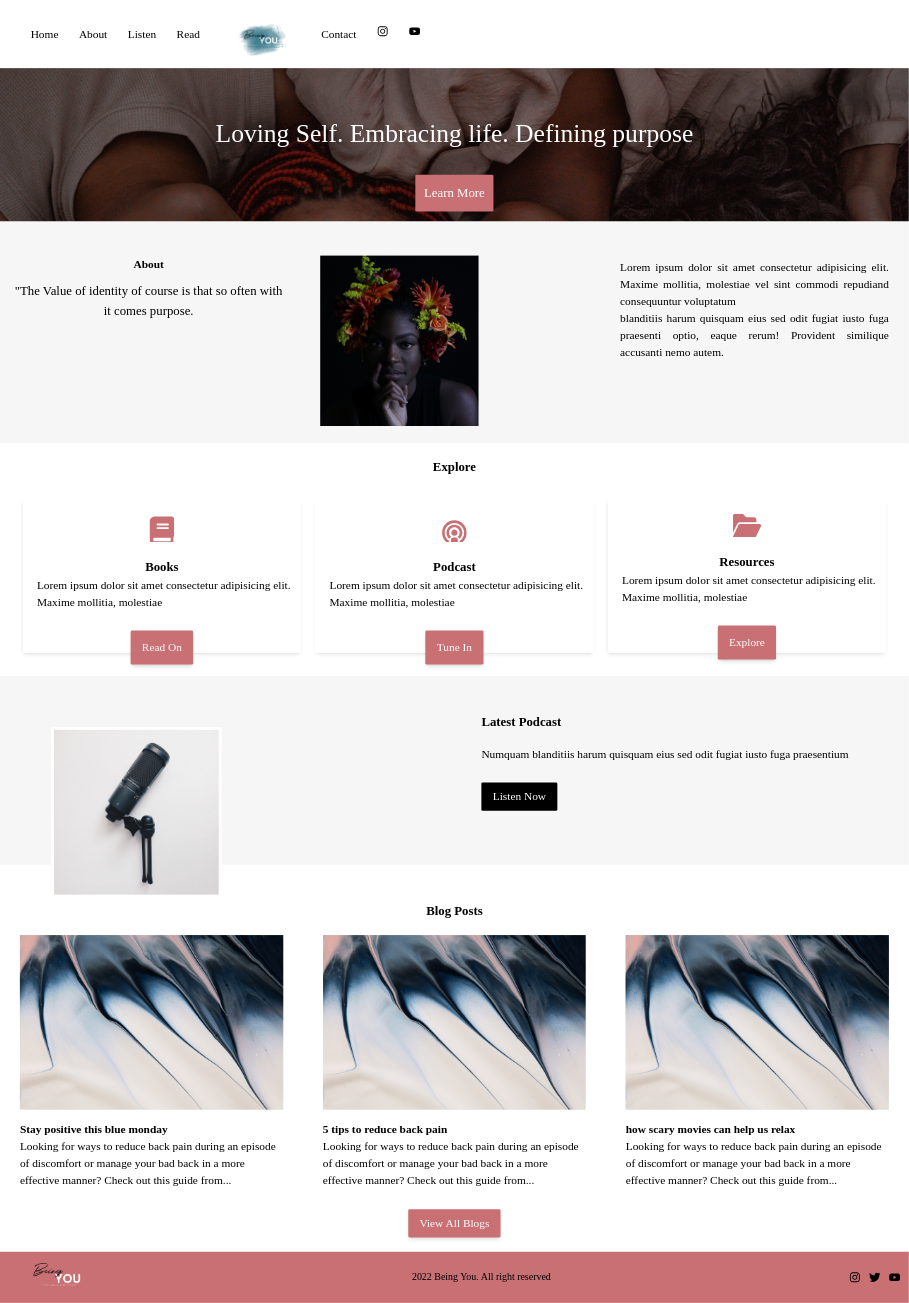
Repository: BrightonMboya/being-you
Page: /
The author's editor kept a copy of each file at every save. The page is drawn from the files as they stood at one save, then again after the next save.
The browser window is 1280 px wide. The pictures show the whole page, at 71% of full size.
The project was rebuilt for these pictures with package versions that can differ from the ones it lists, and the page was loaded fresh each time.

Above is the page before, as saved 2022-05-29 11:45:54.

### src/index.css
@tailwind base;
@tailwind components;
@tailwind utilities;

@layer base {
    html {
        font-family: Cormorant Garamond;
    }
}

### src/App.js
import React from "react";
import NavBar from './Components/Navbar/NavBar';
import HeroSection from "./Components/Hero-Section/HeroSection";
import About from "./Components/About/About"
import Explore from "./Components/Podcast/Explore";
import Podcast from "./Components/Podcast/Podcast";
import Blogs from "./Components/Blog/Blogs";
import Footer from "./Components/Footer/Footer";

function App() {
  return (
    <React.Fragment>
     <NavBar/>
     <HeroSection/>
     <About/>
     <Explore/>
     <Podcast/>
     <Blogs/>
     <Footer/>
    </React.Fragment>
  );
}

export default App;

### src/Components/Navbar/NavBar.jsx
import React, { useState } from 'react'
import { Link } from 'react-scroll'
import logo from '../../assets/logo.png'
import { FaBars, FaTimes, FaInstagram, FaYoutube } from 'react-icons/fa'

const NavBar = () => {
  const [nav, setNav] = useState(false)
  const handleClick = () => setNav(!nav)
  return (
    <React.Fragment>
      <div className="flex items-center justify-between shadow-md">
        <div className="md:hidden">
          <img src={logo} alt="" className="object-cover w-28 h-28" />
        </div>

        {/* menu */}
        <ul className="hidden md:flex gap-[4vh] ml-[6vh] mt-4">
          <li className="mt-5">
            <Link to="home" smooth={true} duration={500}>
              Home
            </Link>
          </li>
          <li className="mt-5">
            <Link to="about" smooth={true} duration={500}>
              About
            </Link>
          </li>
          <li className="mt-5">
            <Link to="listen" smooth={true} duration={500}>
              Listen
            </Link>
          </li>
          <li className="mt-5">
            <Link to="read" smooth={true} duration={500}>
              Read
            </Link>
          </li>
          <li>
            <img src={logo} alt="" className="object-cover w-30 h-20" />
          </li>
          <li className="mt-5">
            <Link to="contact" smooth={true} duration={500}>
              Contact
            </Link>
          </li>
          <li className="mt-5">
            <FaInstagram className="w-full" />
          </li>
          <li className="mt-5">
            <FaYoutube />
          </li>
        </ul>

        {/* Hamburger Menu */}
        <div className="md:hidden z-10" onClick={handleClick}>
          {!nav ? (
            <FaBars className="text-2xl w-full mr-8" />
          ) : (
            <FaTimes className="text-3xl  mr-3" />
          )}
        </div>

        {/* mobile menu */}
        <ul
          className={
            !nav
              ? 'hidden'
              : 'absolute top-0 left-0 w-full h-[60vh] flex flex-col justify-center items-center'
          }
        >
          <li className="text-2xl py-5">
            <Link onClick={handleClick} to="home" smooth={true} duration={500}>
              Home
            </Link>
          </li>
          <li className="text-2xl">
            <Link to="about" smooth={true} duration={500}>
              About
            </Link>
          </li>
          <li className="text-2xl">
            <Link to="listen" smooth={true} duration={500}>
              Listen
            </Link>
          </li>
          <li className="text-2xl">
            <Link to="read" smooth={true} duration={500}>
              Read
            </Link>
          </li>

          <li className="text-2xl">
            <Link to="contact" smooth={true} duration={500}>
              Contact
            </Link>
          </li>
        </ul>
      </div>
    </React.Fragment>
  )
}

export default NavBar

### src/Components/Hero-Section/HeroSection.jsx
import React from 'react'
import hero from '../../assets/hero.png'

const HeroSection = () => {
  return (
    <div
      style={{
        backgroundImage: `url(${hero})`,
        objectPosition: 'cover',
      }}
      className="object-cover bg-cover bg-no-repeat h-[30vh] md:h-[30vh]"
    >
      <div className="flex flex-col items-center justify-center pt-[7vh]">
        <h3 className="text-center text-xl text-white font-medium py-[3vh] md:text-4xl">
          Loving Self. Embracing life. Defining purpose
        </h3>

        <button className="bg-[#C87073] text-white py-1.5 mt-4 px-2.5 rounded-sm font-normal text-base md:py-3 px-3 text-lg">
          Learn More
        </button>
      </div>
    </div>
  )
}

export default HeroSection

### src/Components/About/About.jsx
import React from "react";
import about from "../../assets/about.jpg";

const About = () => {
  return (
    <div className="flex flex-col justify-center items-center bg-[#F6F6F6]">
      <div className="py-6 md:grid grid-cols-3 gap-3">
        <div className="mt-6">
          <h3 className="text-center font-semibold">About</h3>
          <p className="text-center px-4 md:mt-3 text-lg">
            "The Value of identity of course is that so often with it comes
            purpose.
          </p>
        </div>
        <div>
          <img src={about} alt="" className="mt-6 px-[10vh] h-60 md:px-5" />
        </div>
        <p className="text-center px-3 text-sm mt-7 md:text-base text-justify mr-4">
          Lorem ipsum dolor sit amet consectetur adipisicing elit. Maxime
          mollitia, molestiae vel sint commodi repudiand consequuntur voluptatum
          <br />
          blanditiis harum quisquam eius sed odit fugiat iusto fuga praesenti
          optio, eaque rerum! Provident similique accusanti nemo autem.
        </p>
      </div>
    </div>
  );
};

export default About;

### src/Components/Podcast/Explore.jsx
import React from "react";
import ExploreCard from "./ExploreCard";
import book from "../../assets/book.svg";
import podcast from "../../assets/podcast.svg";
import resources from "../../assets/resources.svg";

const Explore = () => {
  return (
    <div className="mt-5">
      <h3 className="text-center font-semibold text-lg">Explore</h3>
      <div className="flex flex-col px-8 md:grid grid-cols-3 gap-5">
        <ExploreCard
          image={book}
          title="Books"
          description="Lorem ipsum dolor sit amet consectetur adipisicing elit. Maxime mollitia, molestiae "
          action="Read On"
        />
        <ExploreCard
          image={podcast}
          title="Podcast"
          description="Lorem ipsum dolor sit amet consectetur adipisicing elit. Maxime mollitia, molestiae "
          action="Tune In"
        />
        <ExploreCard
          image={resources}
          title="Resources"
          description="Lorem ipsum dolor sit amet consectetur adipisicing elit. Maxime mollitia, molestiae "
          action="Explore"
        />

      </div>
    </div>
  );
};

export default Explore;

### src/Components/Podcast/Podcast.jsx
import React from "react";
import mic from "../../assets/mic.jpg";

const Podcast = () => {
  return (
    <div className="bg-[#F6F6F6] mt-8 h-[37vh]">
      <div className="grid grid-cols-2 gap-5">
        <img
          src={mic}
          alt=""
          className="h-40 w-15 object-cover  mt-[10vh] border-4 border-white md:h-60 w-70 ml-[10vh]"
        />
        <div className="mt-[7vh] ml-7">
          <h3 className="font-semibold md:text-lg">Latest Podcast</h3>
          <p className="text-sm mr-5 mt-5 md:text-base">
            Numquam blanditiis harum quisquam eius sed odit fugiat iusto fuga
            praesentium
          </p>

          <button className="mt-7 bg-black text-white px-4 py-2 rounded-sm shadow-mdF">
            Listen Now
          </button>
        </div>
      </div>
    </div>
  );
};

export default Podcast;

### src/Components/Blog/Blogs.jsx
import React from "react";
import BlogCard from "./BlogCard";
import blog from "../../assets/blog.png";

const Blogs = () => {
  return (
    <div>
      <div className="mt-[7vh]">
        <h3 className="text-center font-semibold text-lg md:text-lg">Blog Posts</h3>
        <div className="md:grid grid-cols-3">
          <BlogCard
            image={blog}
            title="Stay positive this blue monday"
            description="Looking for ways to reduce back pain during an episode of
            discomfort or manage your bad back in a more effective manner? Check out this guide from..."
          />
          <BlogCard
            image={blog}
            title="5 tips to reduce back pain"
            description="Looking for ways to reduce back pain during an episode of
            discomfort or manage your bad back in a more effective manner? Check out this guide from..."
          />
          <BlogCard
            image={blog}
            title="how scary movies can help us relax"
            description="Looking for ways to reduce back pain during an episode of
            discomfort or manage your bad back in a more effective manner? Check out this guide from..."
          />
        </div>

        <div className="flex items-center justify-center mb-5">
          <button className="mt-7 bg-[#C87073] text-white px-4 py-2 rounded-sm shadow-md">
            View All Blogs
          </button>
        </div>
      </div>
    </div>
  );
};

export default Blogs;

### src/Components/Footer/Footer.jsx
import React from "react";
import logo2 from '../../assets/logo2.png'
import {FaInstagram, FaTwitter, FaYoutube} from 'react-icons/fa'

const Footer = () => {
    const year = new Date().getFullYear();
  return <div className="bg-[#C87073] flex justify-between items-center">
      <div>
          <img src={logo2} alt="" className="h-full w-40" />
      </div>

      <div>
        <h2 className="text-sm">{year} Being You. All right reserved</h2>
      </div>

      <div className="flex gap-3 mr-3">
          <FaInstagram/>
          <FaTwitter/>
          <FaYoutube/>
      </div>
  </div>;
};

export default Footer;

### src/Components/Podcast/ExploreCard.jsx
import React from "react";

const ExploreCard = (props) => {
  return (
    <div className="mt-8">
      <div className="flex flex-col items-center shadow-md h-[30vh]">
        <img src={props.image} alt="" className="md:w-10 h-10 mt-5" />
        <h3 className="mt-5 font-semibold text-lg">{props.title}</h3>
        <p className="ml-5">{props.description}</p>

        <button className="mt-7 bg-[#C87073] text-white px-4 py-3 rounded-sm shadow-md">{props.action}</button>
      </div>
    </div>
  );
};

export default ExploreCard;

### src/Components/Blog/BlogCard.jsx
import React from 'react'

const BlogCard = (props) => {
  return (
    <div>
        <div className='px-7'>
            <img src={props.image} alt="" className='mt-5 object-cover'/>
            <h3 className='mt-4 font-semibold text-base'>{props.title}</h3>
            <p className='md:text-base'>{props.description}</p>
        </div>
    </div>
  )
}

export default BlogCard

Loaded but not shown: public/index.html (common file); src/index.js (common file); tailwind.config.js (common file)

After the next save:
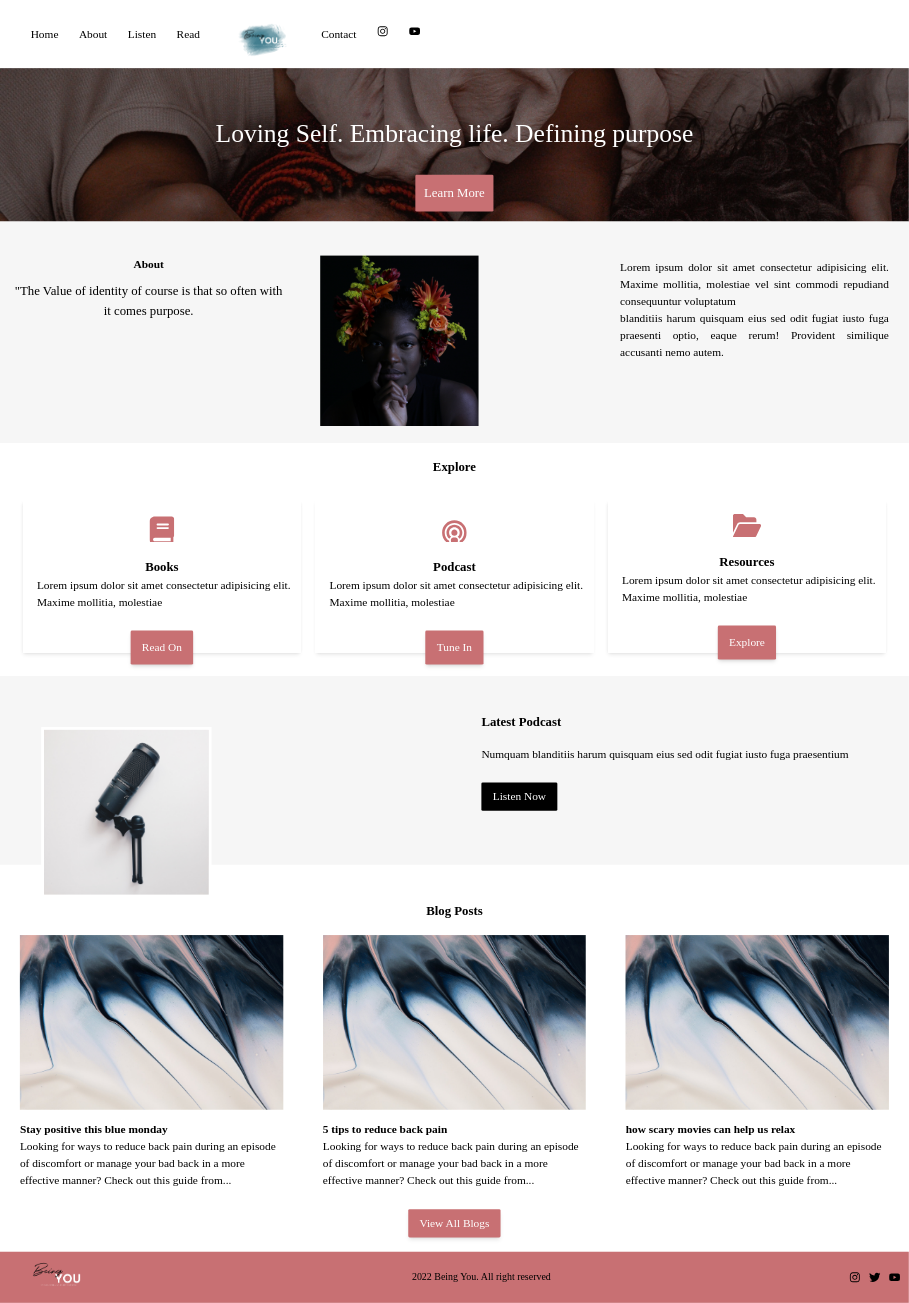
Saved 8 s later.
--- a/src/Components/Podcast/Podcast.jsx
+++ b/src/Components/Podcast/Podcast.jsx
@@ -8,7 +8,7 @@ const Podcast = () => {
         <img
           src={mic}
           alt=""
-          className="h-40 w-15 object-cover  mt-[10vh] border-4 border-white md:h-60 w-70 ml-[10vh]"
+          className="h-40 w-15 object-cover  mt-[10vh] border-4 border-white md:h-60 w-70 ml-[8vh]"
         />
         <div className="mt-[7vh] ml-7">
           <h3 className="font-semibold md:text-lg">Latest Podcast</h3>
